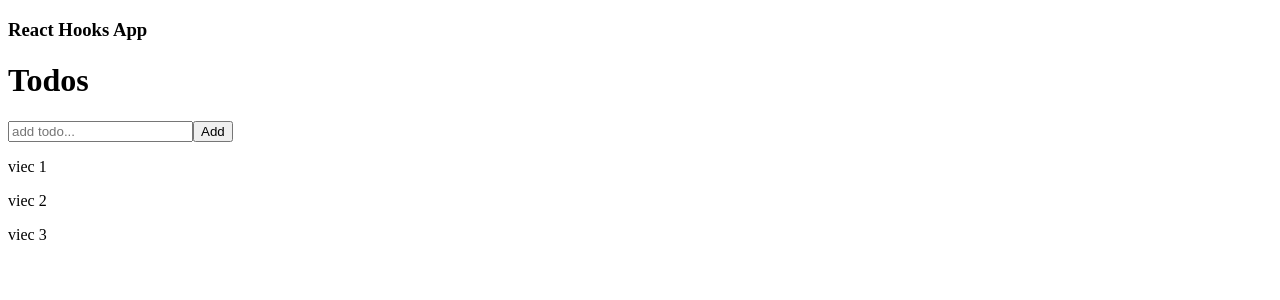
Repository: huynhnt1406/react-redux-tutorial
Page: / (app in react-hooks/)
An editor plug-in stored every save of this project. The page is shown before and after the next save, followed by the edit.
The browser window is 1280 px wide. The pictures show the whole page.
The project was rebuilt for these pictures with package versions that can differ from the ones it lists, and the page was loaded fresh each time.

Above is the page before, as saved 2021-06-18 19:25:54.

After the next save:
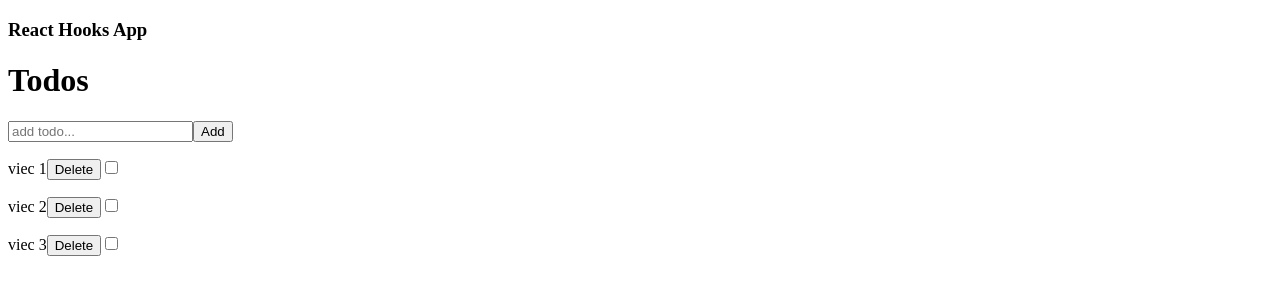
Saved 62 s later.
--- a/react-hooks/src/components/TodoItem.jsx
+++ b/react-hooks/src/components/TodoItem.jsx
@@ -3,7 +3,7 @@ import React from 'react'
 function TodoItem({id,title}) {
     return (
         <div>
-            <p>{title}</p>
+            <p>{title}<button>Delete</button><input type="checkbox"/></p>
         </div>
     )
 }
